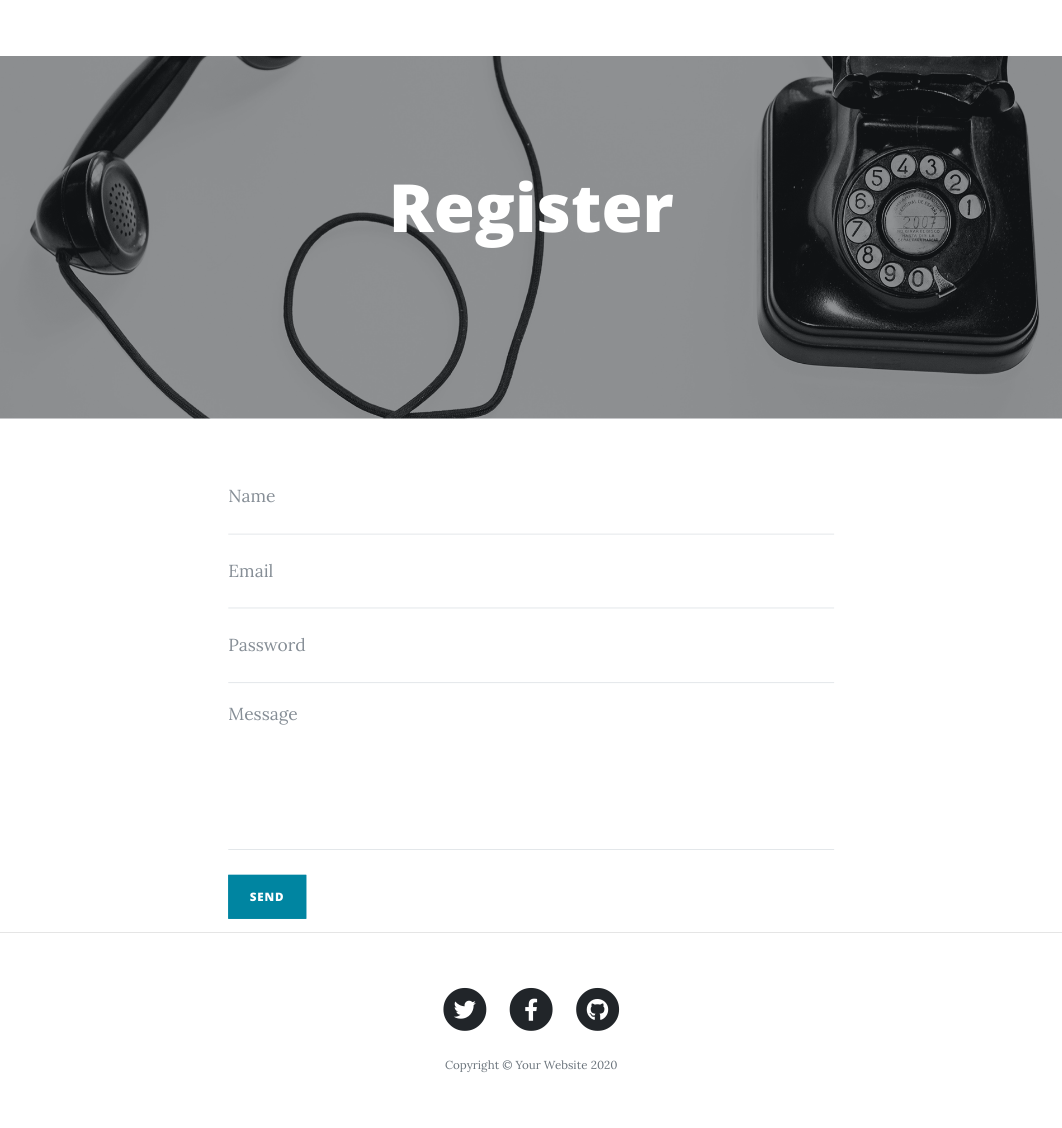
Repository: elvinyeka/elvin-blog
Page: http://localhost/register
The author's editor kept a copy of each file at every save. The page is drawn from the files as they stood at one save, then again after a run of saves.
The browser window is 1280 px wide. The pictures show the whole page, at 83% of full size.
The page is served by the project's application, run on Flask 3 (CLEANBLOG/__init__.py).

Above is the page before, as saved 2020-10-12 01:29:48.

### CLEANBLOG/templates/register.html
{% extends 'base.html' %} {% block content%}

<!-- Page Header -->
<header class="masthead" style="background-image: url('img/contact-bg.jpg')">
    <div class="overlay"></div>
    <div class="container">
        <div class="row">
            <div class="col-lg-8 col-md-10 mx-auto">
                <div class="page-heading">
                    <h1>Register</h1>
                </div>
            </div>
        </div>
    </div>
</header>

<!-- Main Content -->
<div class="container">
    <div class="row">
        <div class="col-lg-8 col-md-10 mx-auto">
            <form method="POST" action="">
                {{ form.hidden_tag() }}
                <div class="control-group">
                    <div class="form-group floating-label-form-group controls">
                        <label>Name</label> {{ form.name(placeholder='Name', class='form-control') }}
                        <p class="help-block text-danger"></p>
                    </div>
                </div>
                <div class="control-group">
                    <div class="form-group floating-label-form-group controls">
                        <label>Email</label> {{ form.email(placeholder='Email', class='form-control') }}
                        <p class="help-block text-danger"></p>
                    </div>
                </div>
                <div class="control-group">
                    <div class="form-group col-xs-12 floating-label-form-group controls">
                        <label>Password</label> {{ form.password(placeholder='Password', class='form-control') }}
                        <p class="help-block text-danger"></p>
                    </div>
                </div>
                <div class="control-group">
                    <div class="form-group floating-label-form-group controls">
                        <label>Message</label>
                        <textarea rows="5" class="form-control" placeholder="Message" id="message" required data-validation-required-message="Please enter a message."></textarea>
                        <p class="help-block text-danger"></p>
                    </div>
                </div>
                <br>
                <div id="success"></div>
                <button type="submit" class="btn btn-primary" id="sendMessageButton">Send</button>
            </form>
        </div>
    </div>
</div>

<hr> {% endblock%}

### CLEANBLOG/templates/base.html
<!DOCTYPE html>
<html lang="en">

<head>

    <meta charset="utf-8">
    <meta name="viewport" content="width=device-width, initial-scale=1, shrink-to-fit=no">
    <meta name="description" content="">
    <meta name="author" content=""> {% if title %}
    <title>Clean Blog - {{title}}</title>
    {% else %}
    <title>Clean Blog</title>
    {% endif %}

    <!-- Bootstrap core CSS -->
    <link href="{{url_for('static', filename='bootstrap.min.css')}}" rel="stylesheet">

    <!-- Custom fonts for this template -->
    <link href="{{url_for('static', filename='all.min.css')}}" rel="stylesheet" type="text/css">
    <link href='https://fonts.googleapis.com/css?family=Lora:400,700,400italic,700italic' rel='stylesheet' type='text/css'>
    <link href='https://fonts.googleapis.com/css?family=Open+Sans:300italic,400italic,600italic,700italic,800italic,400,300,600,700,800' rel='stylesheet' type='text/css'>

    <!-- Custom styles for this template -->
    <link href="{{url_for('static', filename='clean-blog.min.css')}}" rel="stylesheet">

</head>

<body>

    <!-- Navigation -->
    <nav class="navbar navbar-expand-lg navbar-light fixed-top" id="mainNav">
        <div class="container">
            <a class="navbar-brand" href="{{url_for('index')}}">Start Flask</a>
            <button class="navbar-toggler navbar-toggler-right" type="button" data-toggle="collapse" data-target="#navbarResponsive" aria-controls="navbarResponsive" aria-expanded="false" aria-label="Toggle navigation">
        Menu
        <i class="fas fa-bars"></i>
      </button>
            <div class="collapse navbar-collapse" id="navbarResponsive">
                <ul class="navbar-nav ml-auto">
                    <li class="nav-item">
                        <a class="nav-link" href="{{url_for('index')}}">Home</a>
                    </li>
                    <li class="nav-item">
                        <a class="nav-link" href="{{url_for('about')}}">About</a>
                    </li>
                    <li class="nav-item">
                        <a class="nav-link" href="{{url_for('post')}}">Sample Post</a>
                    </li>
                    <li class="nav-item">
                        <a class="nav-link" href="{{url_for('contact')}}">Contact</a>
                    </li>
                    <li class="nav-item">
                        <a class="nav-link" href="{{url_for('register')}}">REGISTER</a>
                    </li>
                </ul>
            </div>
        </div>
    </nav>

    {% block content%} {% endblock%}


    <!-- Footer -->
    <footer>
        <div class="container">
            <div class="row">
                <div class="col-lg-8 col-md-10 mx-auto">
                    <ul class="list-inline text-center">
                        <li class="list-inline-item">
                            <a href="#">
                                <span class="fa-stack fa-lg">
                  <i class="fas fa-circle fa-stack-2x"></i>
                  <i class="fab fa-twitter fa-stack-1x fa-inverse"></i>
                </span>
                            </a>
                        </li>
                        <li class="list-inline-item">
                            <a href="#">
                                <span class="fa-stack fa-lg">
                  <i class="fas fa-circle fa-stack-2x"></i>
                  <i class="fab fa-facebook-f fa-stack-1x fa-inverse"></i>
                </span>
                            </a>
                        </li>
                        <li class="list-inline-item">
                            <a href="#">
                                <span class="fa-stack fa-lg">
                  <i class="fas fa-circle fa-stack-2x"></i>
                  <i class="fab fa-github fa-stack-1x fa-inverse"></i>
                </span>
                            </a>
                        </li>
                    </ul>
                    <p class="copyright text-muted">Copyright &copy; Your Website 2020</p>
                </div>
            </div>
        </div>
    </footer>

    <!-- Bootstrap core JavaScript -->
    <script src="{{url_for('static', filename='jquery.min.js')}}"></script>
    <script src="{{url_for('static', filename='bootstrap.bundle.min.js')}}"></script>

    <!-- Custom scripts for this template -->
    <script src="{{url_for('static', filename='clean-blog.min.js')}}"></script>

</body>

</html>

### CLEANBLOG/forms.py
from flask_wtf import FlaskForm
from wtforms import StringField,PasswordField,SubmitField
from wtforms.validators import DataRequired, Length, Email

class RegisterForm(FlaskForm):
    name = StringField('Name', validators=[DataRequired(), Length(min=2, max = 20)])
    email = StringField('Email', validators=[DataRequired(), Email()])
    password = PasswordField('Password', validators=[DataRequired()])
    submit = SubmitField('Sign')

class LoginForm(FlaskForm):
    email = StringField('Email', validators=[DataRequired(), Email()])
    password = PasswordField('Password', validators=[DataRequired()])
    submit = SubmitField('Sign')

### CLEANBLOG/routes.py
from flask import render_template
from CLEANBLOG import app
from CLEANBLOG.forms import RegisterForm, LoginForm


@app.route('/')
def index():
    return render_template('index.html', title = 'HOME')

@app.route('/about')
def about():
    return render_template('about.html',title = 'ABOUT')

@app.route('/post')
def post():
    return render_template('post.html', title = 'POST')

@app.route('/contact')
def contact():
    return render_template('contact.html', title = 'CONTACT')

@app.route('/register')
def register():
    form = RegisterForm()
    return render_template('register.html', title = 'REGISTER', form=form)

@app.route('/login')
def login():
    form = LoginForm()
    return render_template('login.html', title = 'LOGIN', form=form)

### CLEANBLOG/__init__.py
from flask import Flask

app = Flask(__name__)
app.config['SECRET_KEY'] = 'mysecretkey'

from CLEANBLOG import  routes

Loaded but not shown: CLEANBLOG/static/bootstrap.min.css (library); CLEANBLOG/static/clean-blog.min.css (library); CLEANBLOG/static/jquery.min.js (library); CLEANBLOG/static/bootstrap.bundle.min.js (library); CLEANBLOG/static/clean-blog.min.js (common file); CLEANBLOG/static/css/all.min.css (library)

After the next 2 saves:
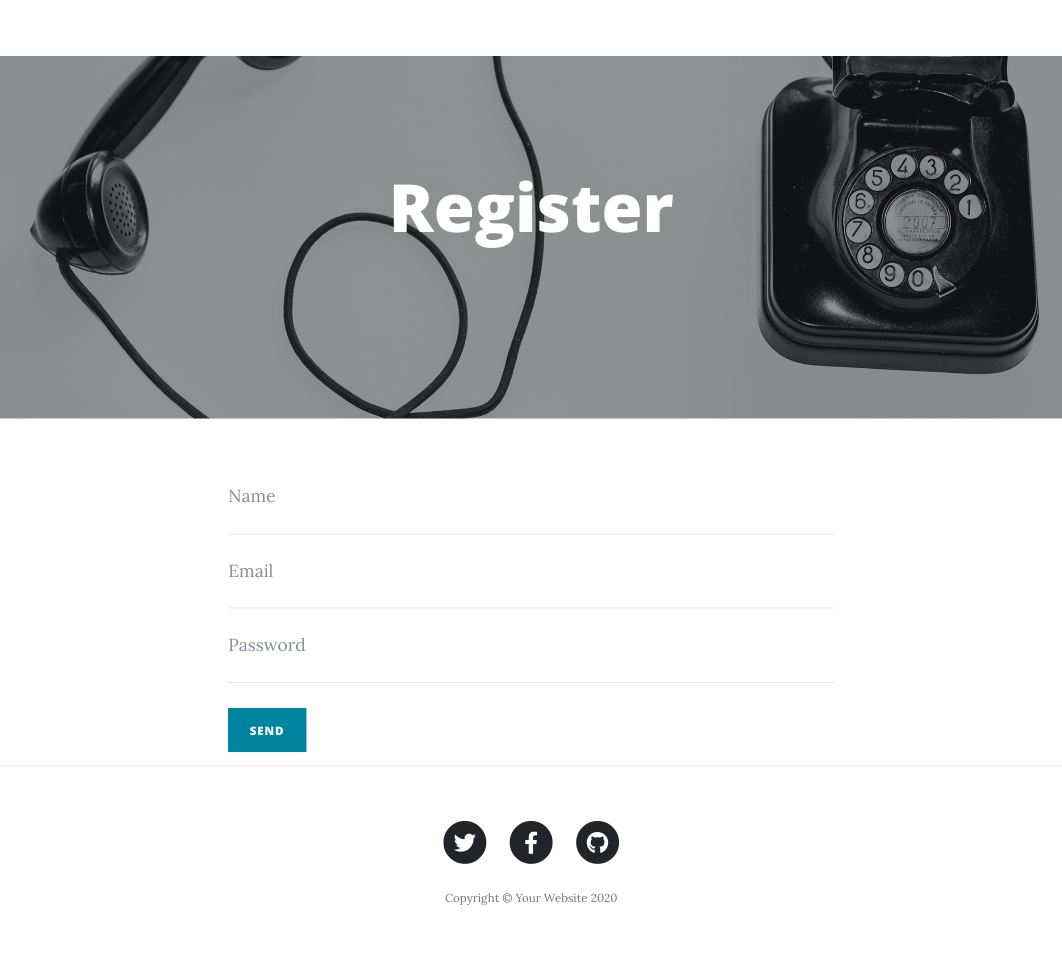
The 2 saves are shown as one change because they came seconds apart.
The last was saved 28 s later.
--- a/CLEANBLOG/templates/register.html
+++ b/CLEANBLOG/templates/register.html
@@ -38,13 +38,6 @@
                         <p class="help-block text-danger"></p>
                     </div>
                 </div>
-                <div class="control-group">
-                    <div class="form-group floating-label-form-group controls">
-                        <label>Message</label>
-                        <textarea rows="5" class="form-control" placeholder="Message" id="message" required data-validation-required-message="Please enter a message."></textarea>
-                        <p class="help-block text-danger"></p>
-                    </div>
-                </div>
                 <br>
                 <div id="success"></div>
                 <button type="submit" class="btn btn-primary" id="sendMessageButton">Send</button>
